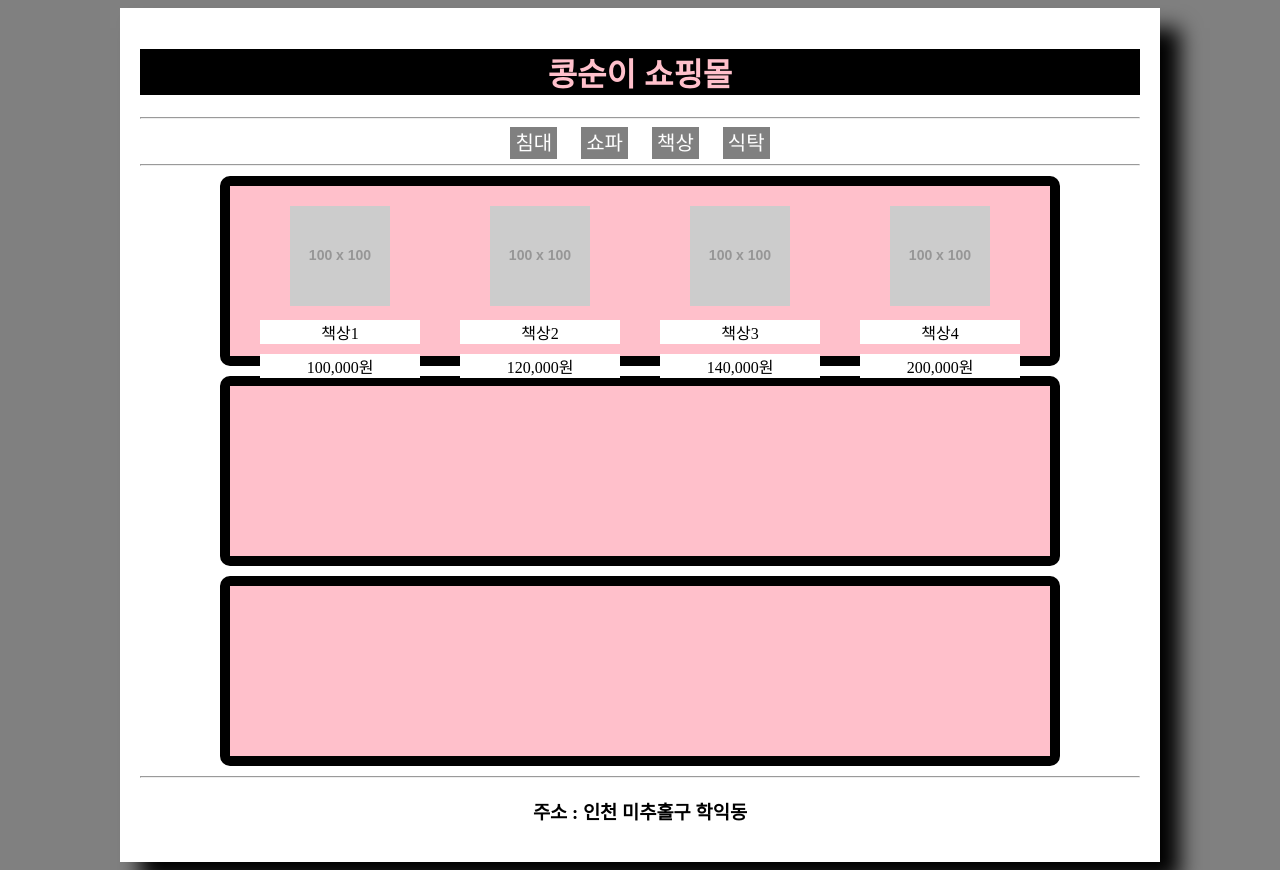
Repository: odasd/Ark-html
Page: 20200408/ex20200408/WebContent/ex04.html
The author's editor kept a copy of each file at every save. The page is drawn from the files as they stood at one save, then again after the next save.
The browser window is 1280 px wide. The pictures show the whole page.

Above is the page before, as saved 2020-04-08 06:22:08.

After the next save:
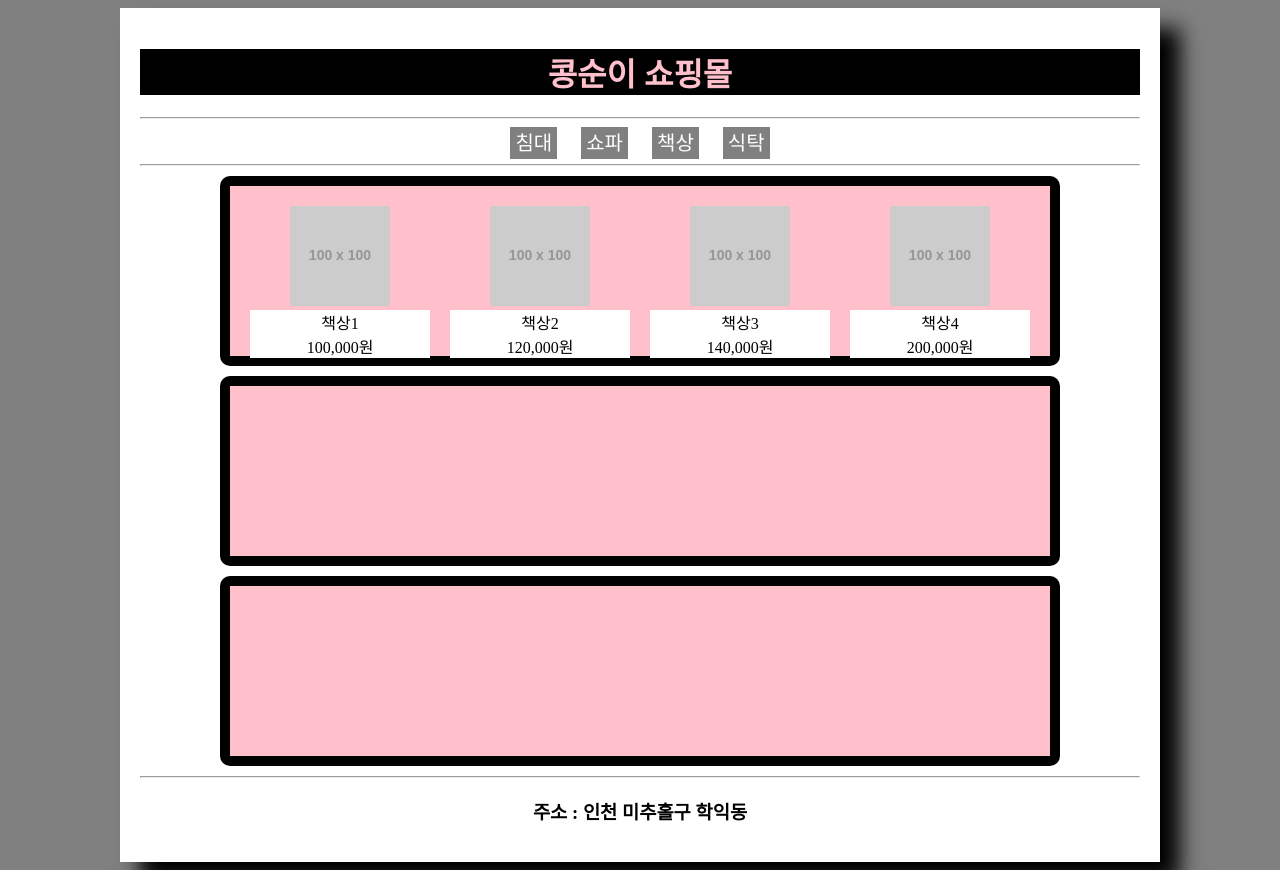
Saved 14 s later.
--- a/20200408/ex20200408/WebContent/ex04.html
+++ b/20200408/ex20200408/WebContent/ex04.html
@@ -13,7 +13,7 @@
 		#nav {text-align:center;}
 		.group {background:pink; width:800px; height:150px; padding:10px; margin:10px auto; border:10px solid black; border-radius:10px;}
 		.box {float:left; width:180px; height:150; text-align:center; margin:5px; padding:5px;}
-		.tittle {background:white; margin:10px;}
+		.tittle {background:white;}
 	</style>
 </head>
 <body>
